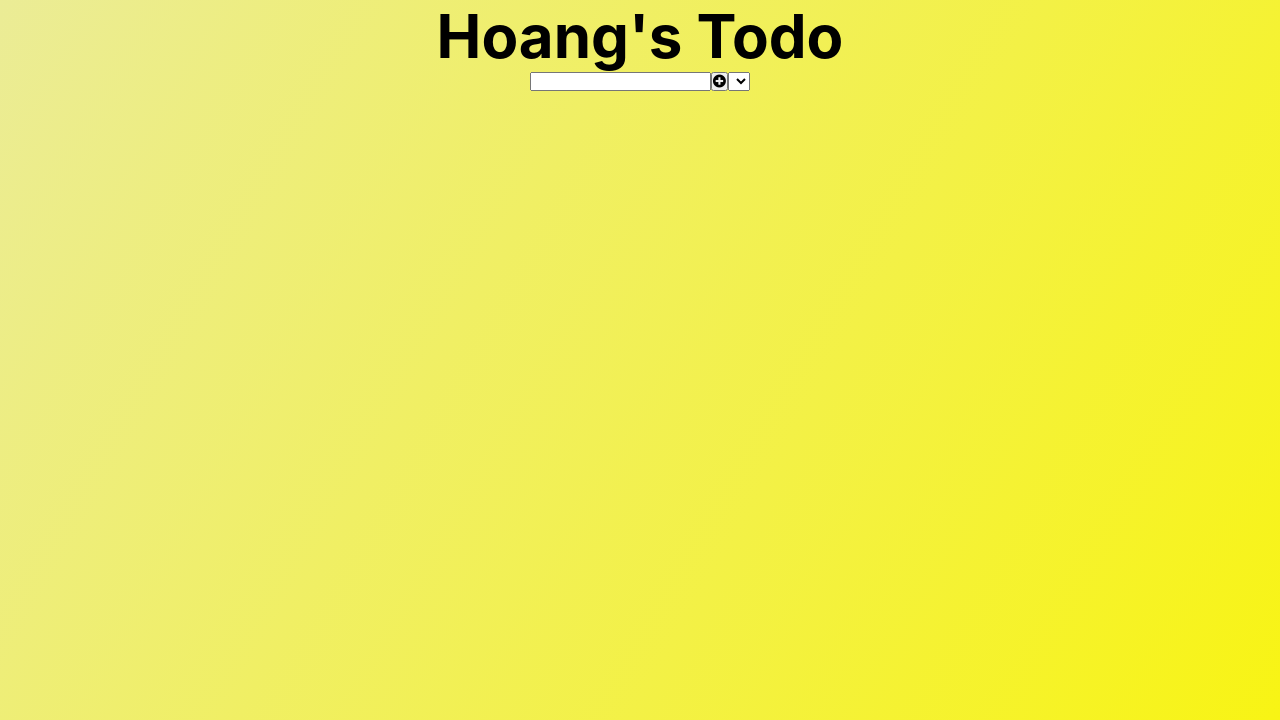
Repository: DinhHoang0607/TodoReact
Page: /
An editor plug-in stored every save of this project. The page is shown before and after a run of saves, followed by the edit.
The browser window is 1280 px wide. The pictures show the whole page.
Some web libraries are served in a nearby version. The project was rebuilt for these pictures with package versions that can differ from the ones it lists, and the page was loaded fresh each time.

Above is the page before, as saved 2021-09-09 18:05:13.

After the next 4 saves:
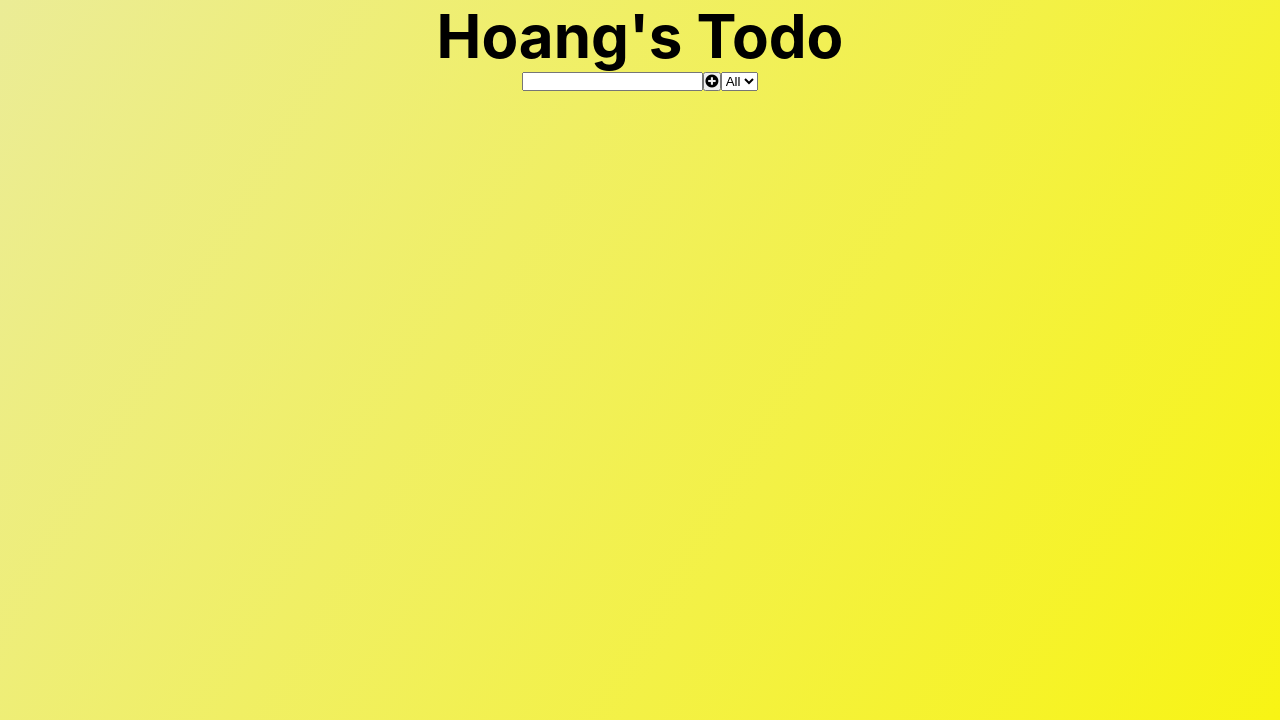
The 4 saves are shown as one change because 2 did not build or start and some came seconds apart.
The last was saved 26 s later.
--- a/src/components/Form.js
+++ b/src/components/Form.js
@@ -8,7 +8,7 @@ const Form = () => {
           </button>
           <div className='form__select'>
               <select name='items' className='select__item'>
-
+                  <option value='all'>All</option>
             </select>
           </div>
     </form>
